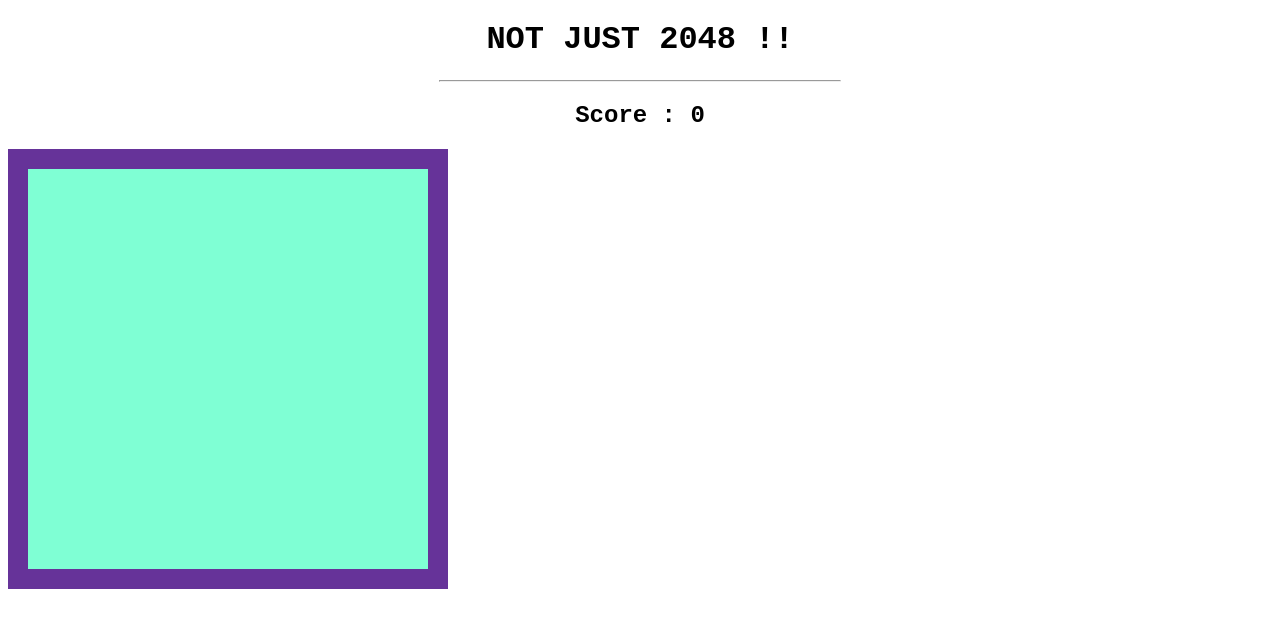
Repository: Prathamyadav1123/2048Game
Page: NotJust2048-main/2048.html
An editor plug-in stored every save of this project. The page is shown before and after a run of saves, followed by the edit.
The browser window is 1280 px wide. The pictures show the whole page.

Above is the page before, as saved 2023-05-31 19:40:54.

After the next 3 saves:
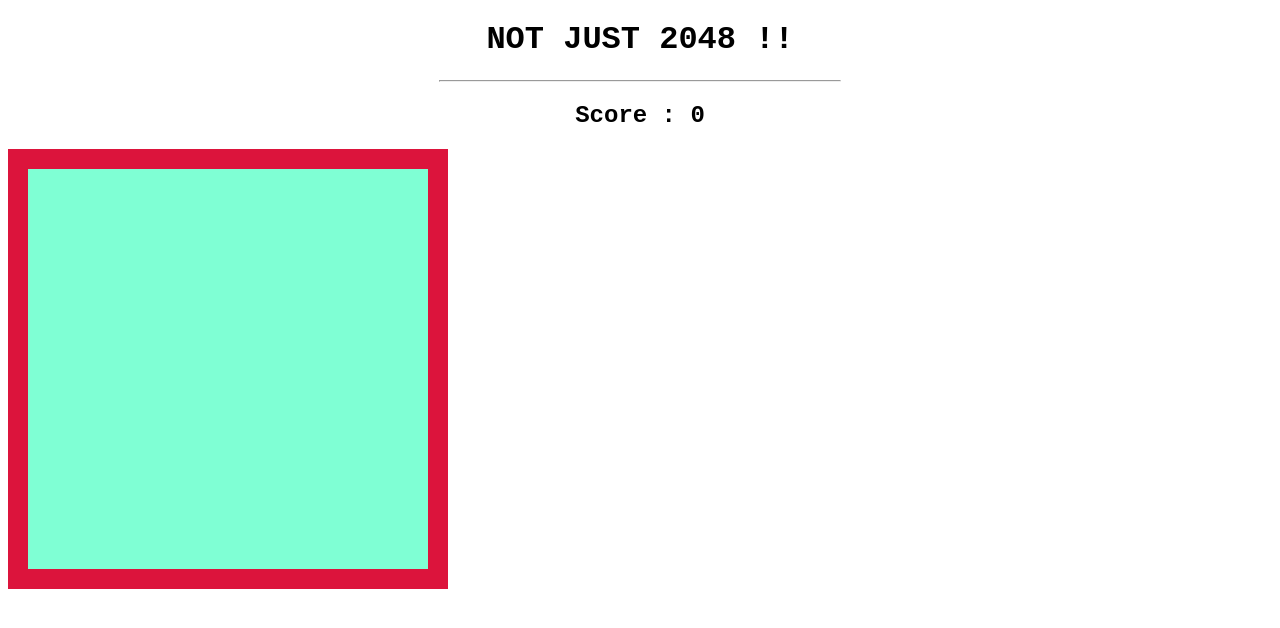
The 3 saves are shown as one change because they came seconds apart.
The last was saved 11 s later.
--- a/NotJust2048-main/2048.css
+++ b/NotJust2048-main/2048.css
@@ -10,5 +10,5 @@ hr{
     height: 400px;
     color: crimson;
     background-color: aquamarine;
-    border: 20px solid rebeccapurple;
+    border: 20px solid crimson;
 }
